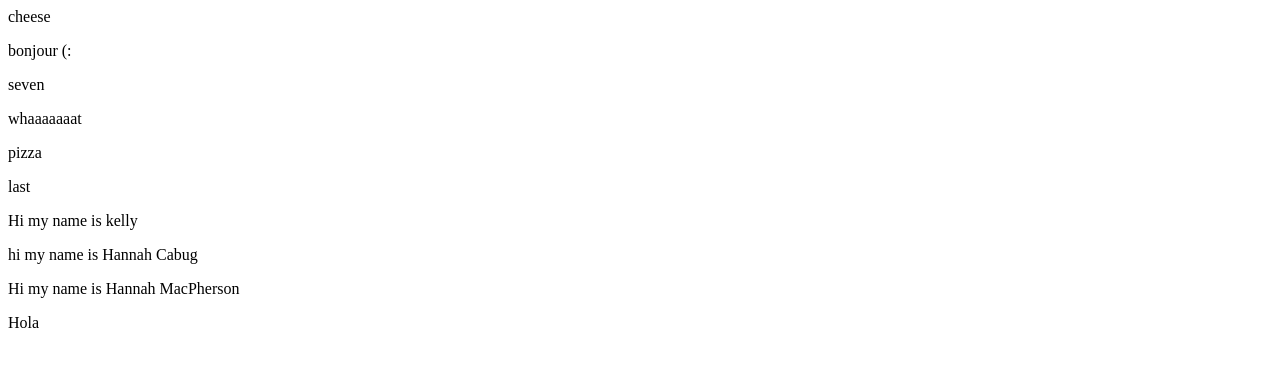
Repository: KellyMenzul/lab-4
Page: index.html
An editor plug-in stored every save of this project. The page is shown before and after a run of saves, followed by the edit.
The browser window is 1280 px wide. The pictures show the whole page.

Above is the page before, as saved 2021-04-07 17:52:58.

### index.html
<html>
    <head>
        <title>Lab 4</title>

        <script>
            var a = new XMLHttpRequest()
            var b = new XMLHttpRequest()
            var c = new XMLHttpRequest()
            var d = new XMLHttpRequest()
            var e = new XMLHttpRequest()
            var f = new XMLHttpRequest()
            var g = new XMLHttpRequest()
            var h = new XMLHttpRequest()
            var i = new XMLHttpRequest()
            var j = new XMLHttpRequest()

            a.open("GET", "1.txt", true)
            b.open("GET", "2.txt", true)
            c.open("GET", "3.txt", true)
            d.open("GET", "4.txt", true)
            e.open("GET", "5.txt", true)
            f.open("GET", "6.txt", true)
            g.open("GET", "7.txt", true)
            h.open("GET", "8.txt", true)
            i.open("GET", "9.txt", true)
            j.open("GET", "10.txt", true)

            a.onreadystatechange=processData
            b.onreadystatechange=processData
            c.onreadystatechange=processData
            d.onreadystatechange=processData
            e.onreadystatechange=processData
            f.onreadystatechange=processData
            g.onreadystatechange=processData
            h.onreadystatechange=processData
            i.onreadystatechange=processData
            j.onreadystatechange=processData

            a.send(null)
            b.send(null)
            c.send(null)
            d.send(null)
            e.send(null)
            f.send(null)
            g.send(null)
            h.send(null)
            i.send(null)
            j.send(null)

            function processData()
            {
                if(a.readyState == 4 && b.readyState == 4 && c.readyState == 4 && d.readyState == 4 && e.readyState == 4 && f.readyState == 4 && g.readyState == 4 && h.readyState == 4 && i.readyState == 4 && j.readyState == 4)
                {

                    setTimeout(function(){
                        var p1 = document.createElement("p")
                        p1.innerHTML = a.responseText
                        document.body.appendChild(p1)
                    },1000)


                    setTimeout(function(){
                        var p2 = document.createElement("p")
                        p2.innerHTML = b.responseText
                        document.body.appendChild(p2)
                    },2000)

                    setTimeout(function(){
                        var p3 = document.createElement("p")
                        p3.innerHTML = c.responseText
                        document.body.appendChild(p3)
                    },3000)

                    setTimeout(function(){
                        var p4 = document.createElement("p")
                        p4.innerHTML = d.responseText
                        document.body.appendChild(p4)
                    },4000)

                    setTimeout(function(){

                    },5000)
                    var p5 = document.createElement("p")
                    p5.innerHTML = e.responseText
                    document.body.appendChild(p5)

                    var p6 = document.createElement("p")
                    p6.innerHTML = f.responseText
                    document.body.appendChild(p6)

                    var p7 = document.createElement("p")
                    p7.innerHTML = g.responseText
                    document.body.appendChild(p7)

                    var p8 = document.createElement("p")
                    p8.innerHTML = h.responseText
                    document.body.appendChild(p8)

                    var p9 = document.createElement("p")
                    p9.innerHTML = i.responseText
                    document.body.appendChild(p9)

                    var p10 = document.createElement("p")
                    p10.innerHTML = j.responseText
                    document.body.appendChild(p10)
                }
            }
        </script>
    </head>
    <body>
    </body>
</html>

After the next 4 saves:
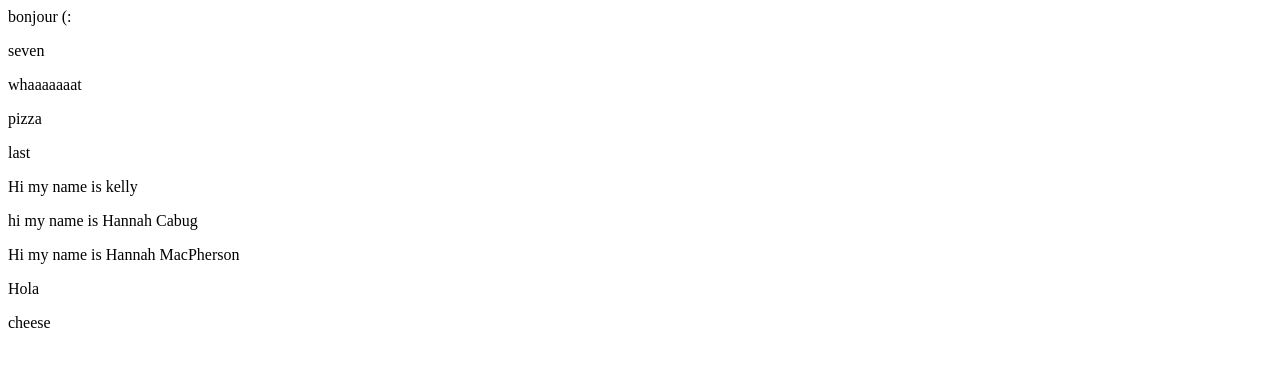
The 4 saves are shown as one change because they came seconds apart.
The last was saved 11 s later.
--- a/index.html
+++ b/index.html
@@ -78,12 +78,14 @@
                     },4000)
 
                     setTimeout(function(){
+                        var p5 = document.createElement("p")
+                        p5.innerHTML = e.responseText
+                        document.body.appendChild(p5)
+                    },5000)
 
-                    },5000)
-                    var p5 = document.createElement("p")
-                    p5.innerHTML = e.responseText
-                    document.body.appendChild(p5)
+                    setTimeout(function(){
 
+                    },3000)
                     var p6 = document.createElement("p")
                     p6.innerHTML = f.responseText
                     document.body.appendChild(p6)
